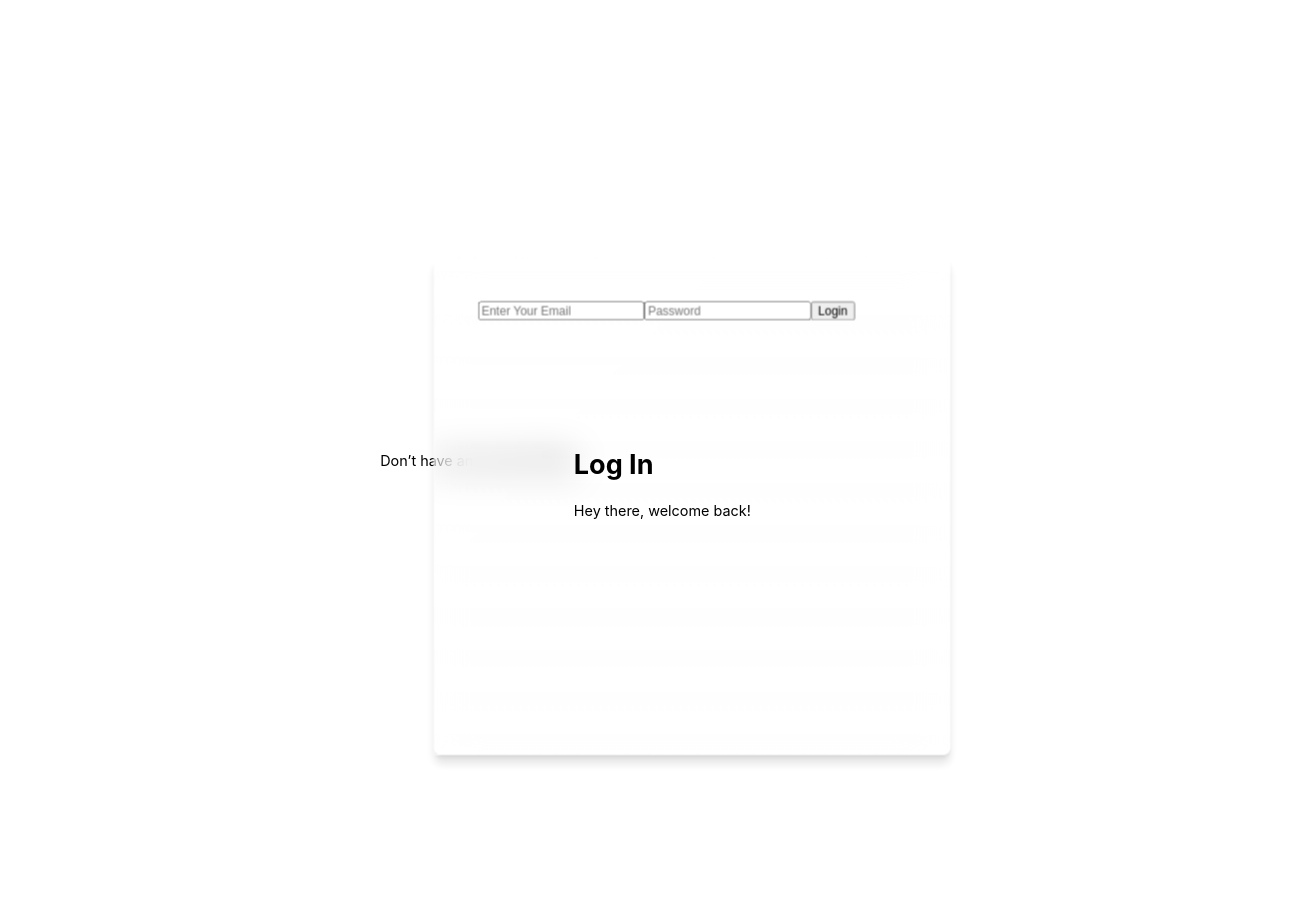
Repository: AfifaNoor/Admin_Panel-React-
Page: /
An editor plug-in stored every save of this project. The page is shown before and after the next save, followed by the edit.
The browser window is 1280 px wide. The page is 1440 px wide, so the pictures cover 1440 px, including what lies to the right of the window. The pictures show the whole page, at 90% of full size.
The project was rebuilt for these pictures with package versions that can differ from the ones it lists, and the page was loaded fresh each time. Also part of the build but not shown: src/SignUp.jsx.

Above is the page before, as saved 2025-07-10 15:02:46.

After the next save:
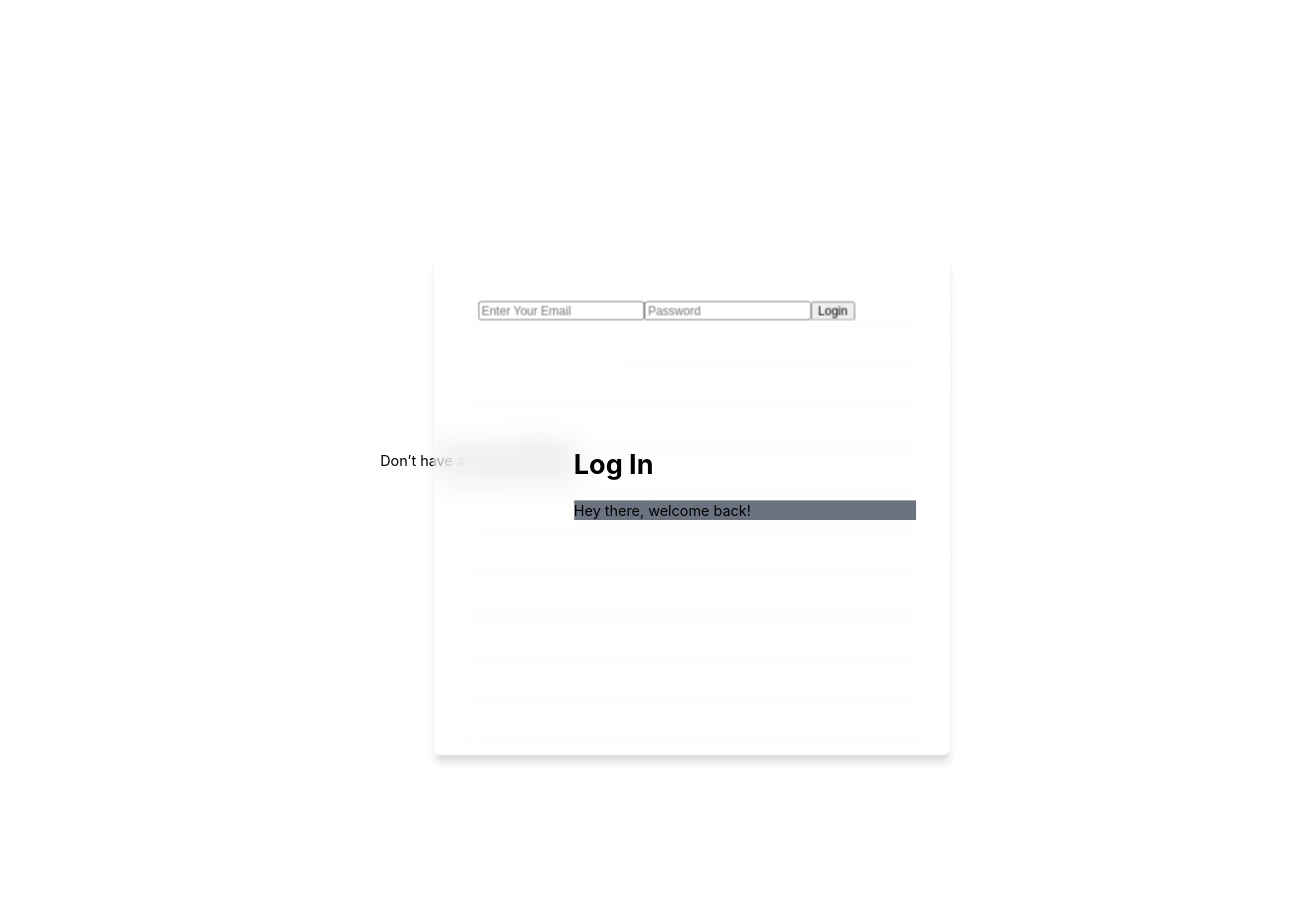
Saved 57 s later.
--- a/src/LoginPage.css
+++ b/src/LoginPage.css
@@ -71,4 +71,6 @@
   font-style:normal;
   line-height: 22px;
   letter-spacing: -1%;
+  background-color: rgba(107, 114, 128, 1);
+
 }

After the save that followed:
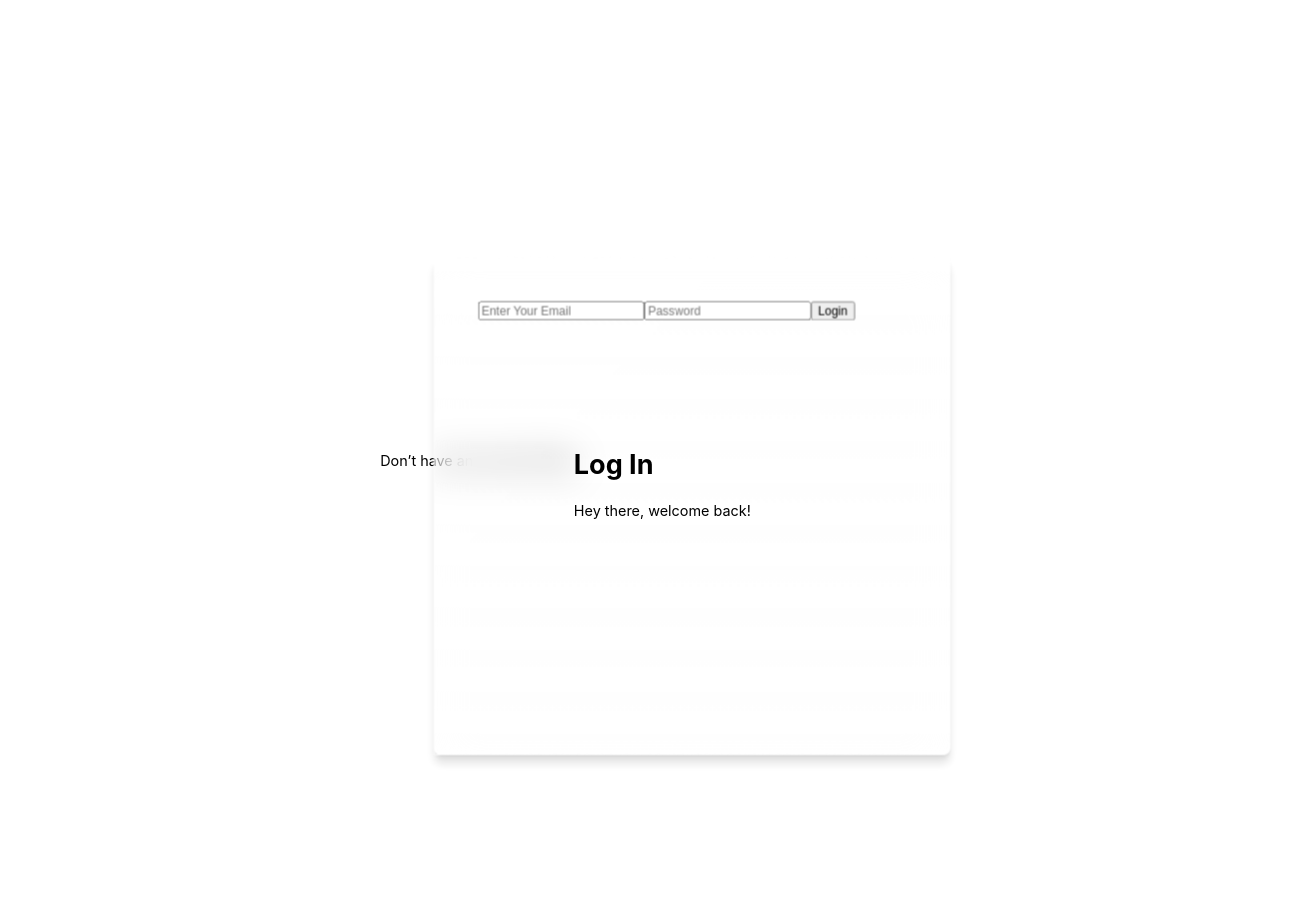
Saved 13 s later.
--- a/src/LoginPage.css
+++ b/src/LoginPage.css
@@ -71,6 +71,6 @@
   font-style:normal;
   line-height: 22px;
   letter-spacing: -1%;
-  background-color: rgba(107, 114, 128, 1);
+  font-color: rgba(107, 114, 128, 1);
 
 }
